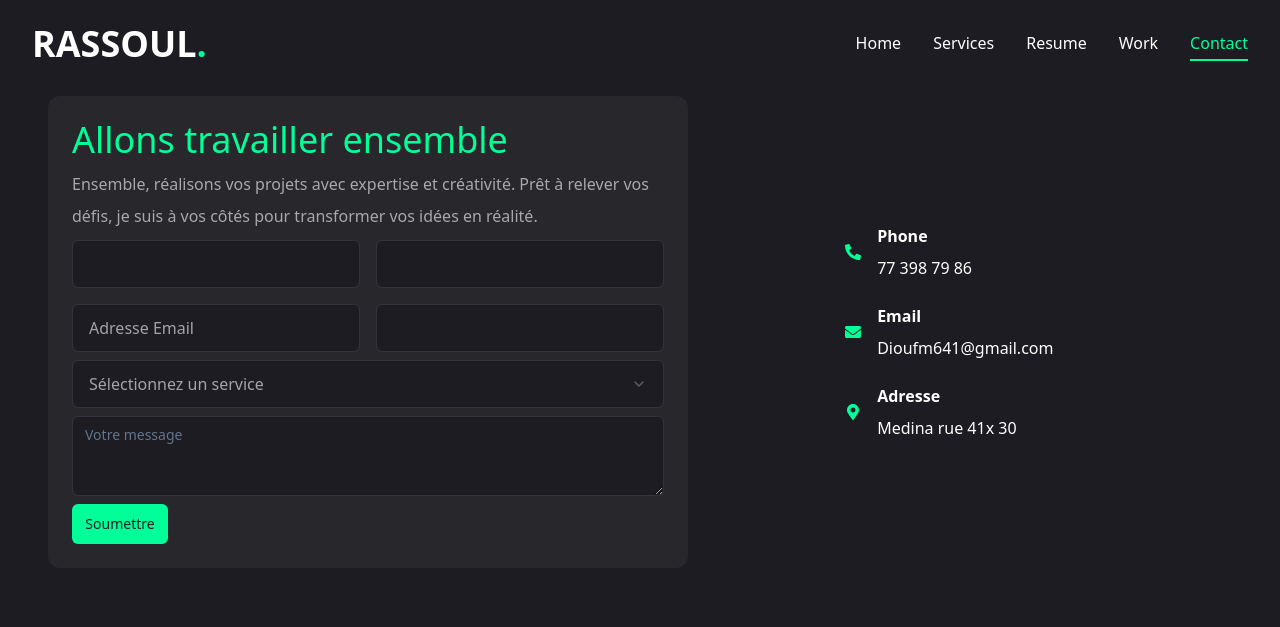
Repository: MDiouf9/portfolio2
Page: /Contact
The author's editor kept a copy of each file at every save. The page is drawn from the files as they stood at one save, then again after a run of saves.
The browser window is 1280 px wide. The pictures show the whole page.
The project was rebuilt for these pictures with package versions that can differ from the ones it lists, and the page was loaded fresh each time. The framework's server and built-in components were replaced by stand-ins that run in the browser. Also part of the build but not shown: next.config.mjs.

Above is the page before, as saved 2024-10-16 00:19:39.

After the next 2 saves:
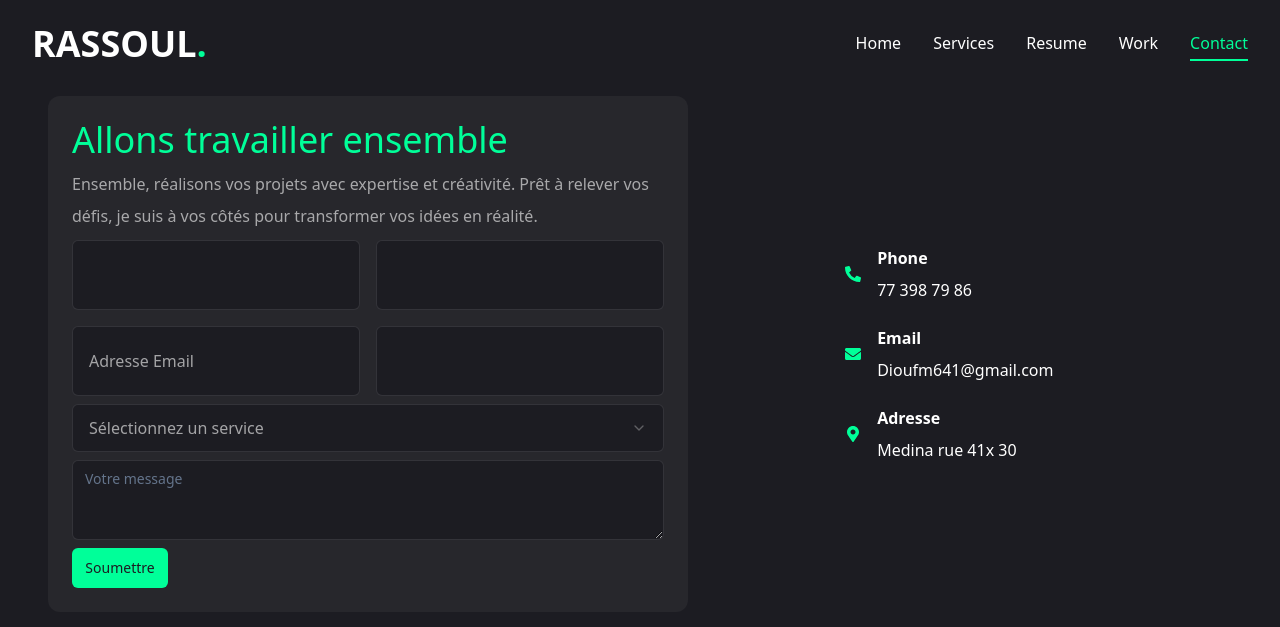
The 2 saves are shown as one change because they came seconds apart.
The last was saved 21 s later.
--- a/src/components/ui/input.tsx
+++ b/src/components/ui/input.tsx
@@ -10,7 +10,7 @@
     return (
       <input
         type={type}
-        className={cn( 'flex h-[48px] rounded-md border border-white/10 focus:border-accent font-light bg-primary px-4 py-5  text-base placeholder:text-white/60 outline-none',
+        className={cn( 'flex h-[70px] rounded-md border border-white/10 focus:border-accent font-light bg-primary px-4 py-5  text-base placeholder:text-white/60 outline-none',
 
           className
         )}

After the save that followed:
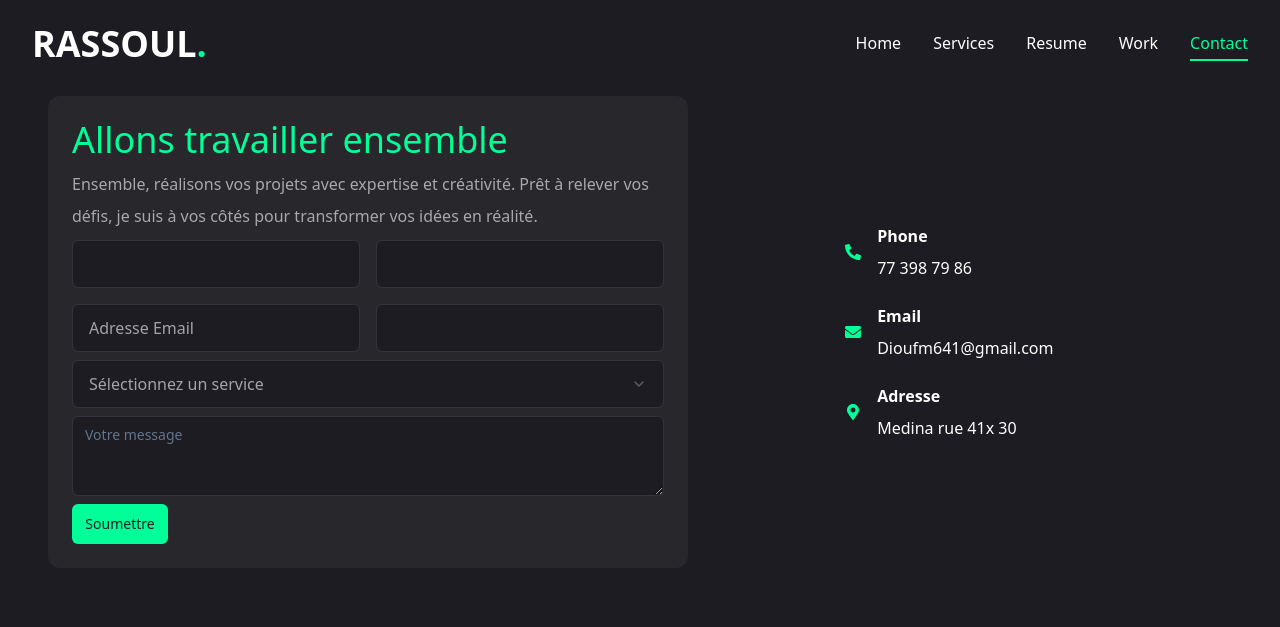
Saved 8 s later.
--- a/src/components/ui/input.tsx
+++ b/src/components/ui/input.tsx
@@ -10,7 +10,7 @@
     return (
       <input
         type={type}
-        className={cn( 'flex h-[70px] rounded-md border border-white/10 focus:border-accent font-light bg-primary px-4 py-5  text-base placeholder:text-white/60 outline-none',
+        className={cn( 'flex h-[48px] rounded-md border border-white/10 focus:border-accent font-light bg-primary px-4 py-5  text-base placeholder:text-white/60 outline-none',
 
           className
         )}
